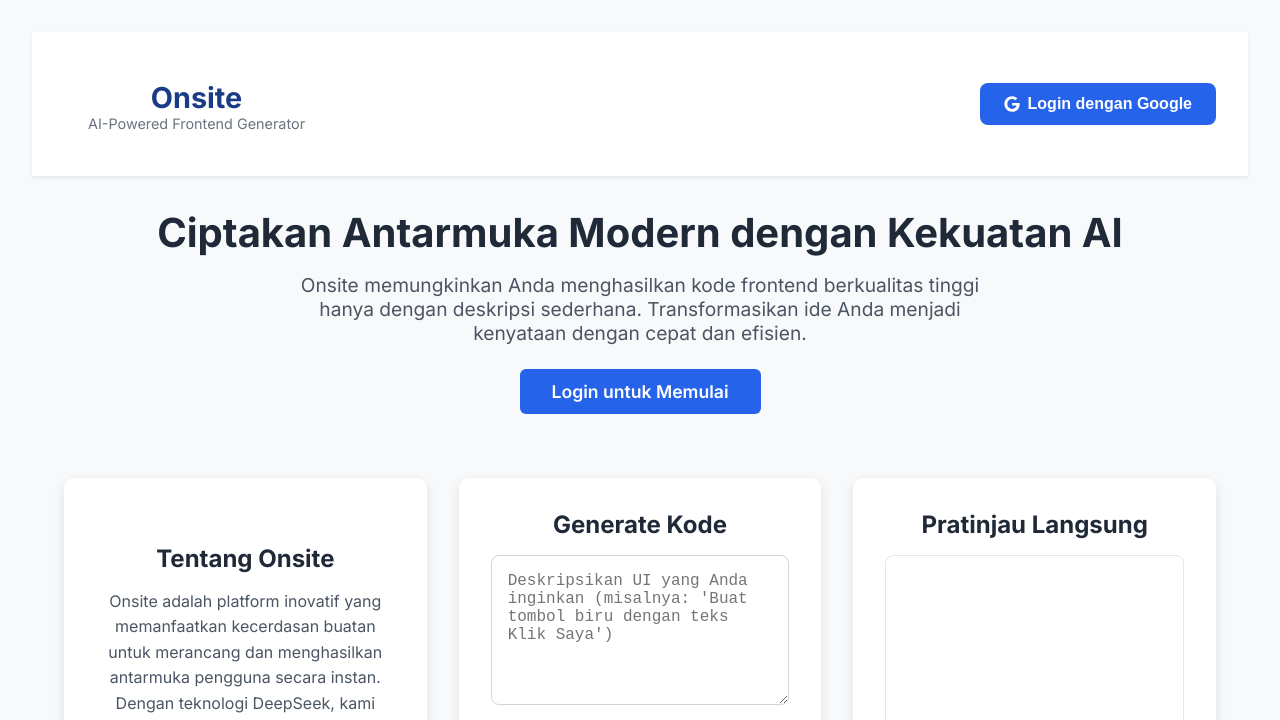
Repository: arifsoul/onsite
Page: / (app in onsite/)
An editor plug-in stored every save of this project. The page is shown before and after the next save, followed by the edit.
The browser window is 1280 px wide. The pictures show the whole page.
An inner scrolling area shows only its first screen. The project was rebuilt for these pictures with package versions that can differ from the ones it lists, and the page was loaded fresh each time. Also part of the build but not shown: onsite/vite.config.js, onsite/src/components/Editor/CSSPanel.jsx, onsite/src/components/Editor/JSPanel.jsx, onsite/src/components/Editor/ComponentEditor.css, onsite/src/components/Editor/ComponentEditor.jsx, onsite/src/pages/Editor.css, onsite/src/pages/Editor.jsx, onsite/src/pages/Login.css and 1 more.

Above is the page before, as saved 2025-04-14 17:15:17.

After the next save:
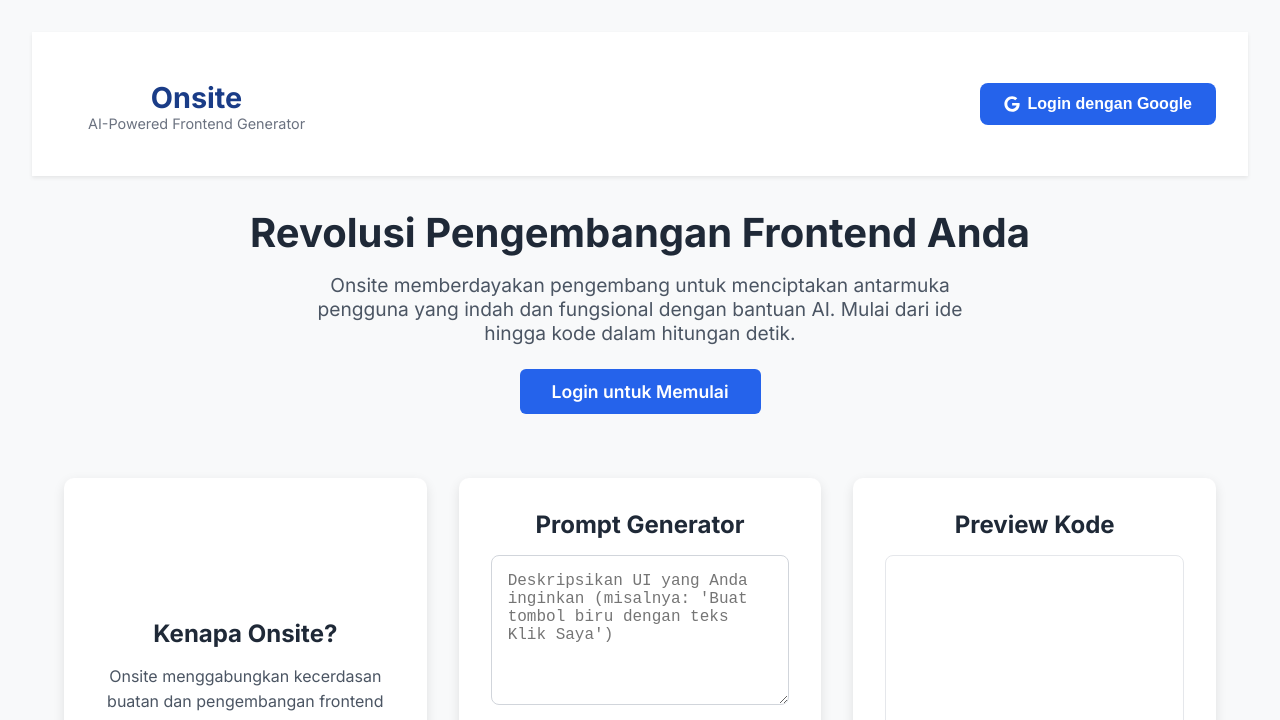
Saved 10 s later.
--- a/onsite/src/pages/Home.jsx
+++ b/onsite/src/pages/Home.jsx
@@ -19,30 +19,33 @@
       </header>
       <main className="home-main">
         <section className="hero-section">
-          <h2>Ciptakan Antarmuka Modern dengan Kekuatan AI</h2>
+          <h2>Revolusi Pengembangan Frontend Anda</h2>
           <p>
-            Onsite memungkinkan Anda menghasilkan kode frontend berkualitas tinggi hanya dengan deskripsi sederhana.
-            Transformasikan ide Anda menjadi kenyataan dengan cepat dan efisien.
+            Onsite memberdayakan pengembang untuk menciptakan antarmuka pengguna yang indah dan fungsional dengan bantuan AI.
+            Mulai dari ide hingga kode dalam hitungan detik.
           </p>
           <Link to={isAuthenticated ? '/editor' : '/login'} className="hero-cta">
-            {isAuthenticated ? 'Mulai Mengedit' : 'Login untuk Memulai'}
+            {isAuthenticated ? 'Mulai Mengedit Sekarang' : 'Login untuk Memulai'}
           </Link>
         </section>
         <section className="features-section">
           <div className="card description-card">
-            <h3>Tentang Onsite</h3>
+            <h3>Kenapa Onsite?</h3>
             <p>
-              Onsite adalah platform inovatif yang memanfaatkan kecerdasan buatan untuk merancang dan menghasilkan antarmuka pengguna secara instan.
-              Dengan teknologi DeepSeek, kami menyediakan solusi cepat untuk pengembang dan desainer, memungkinkan pembuatan komponen React yang responsif tanpa coding manual.
-              Baik Anda membangun prototipe atau aplikasi produksi, Onsite mempercepat alur kerja Anda dengan hasil yang profesional.
+              Onsite menggabungkan kecerdasan buatan dan pengembangan frontend untuk menghasilkan kode React yang bersih dan responsif.
             </p>
+            <ul>
+              <li>Generate kode dengan cepat dan akurat.</li>
+              <li>Edit komponen secara visual.</li>
+              <li>Integrasi mudah dengan proyek Anda.</li>
+            </ul>
           </div>
           <div className="card generator-card">
-            <h3>Generate Kode</h3>
+            <h3>Prompt Generator</h3>
             <AIGenerator />
           </div>
           <div className="card preview-card">
-            <h3>Pratinjau Langsung</h3>
+            <h3>Preview Kode</h3>
             <LivePreview />
           </div>
         </section>
